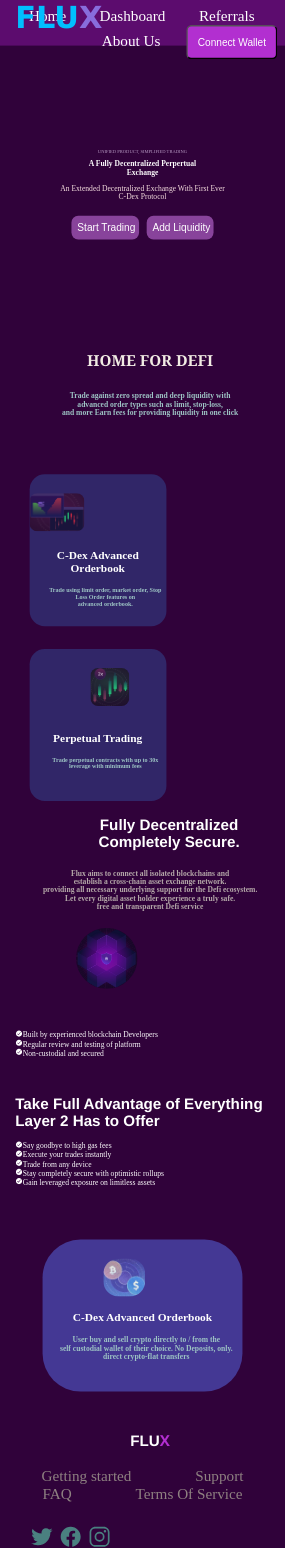
Repository: Tobby004/Flux-figma
Page: index.html
An editor plug-in stored every save of this project. The page is shown before and after the next save, followed by the edit.
The browser window is 375 px wide. The pictures show the whole page, at 76% of full size.

Above is the page before, as saved 2023-04-28 21:37:08.

### index.html
<!DOCTYPE html>
<html lang="en">
<head>
    <meta charset="UTF-8">
    <meta http-equiv="X-UA-Compatible" content="IE=edge">
    <meta name="viewport" content="width=device-width, initial-scale=1.0">
    <title>Flux Template</title>
    <link rel="stylesheet" href="style.css">
</head>
<body>
    <header>
        <b>FLU<a>X</a></b>
    </header>
   <nav>
    <ul>
        <li><a href="#">Home</a></li>
        <li><a href="#">Dashboard</a></li>
        <li><a href="#">Referrals</a></li>
        <li><a href="#">About Us</a></li>
        <button>Connect Wallet</button>
    </ul>
   </nav>
    <br><br>
    <h4>UNIFIED PRODUCT, SIMPLIFIED TRADING</h4>
    <h2> A Fully Decentralized Perpertual <br>Exchange </h2>
    <p>An Extended Decentralized Exchange With First Ever <br>C-Dex Protocol</p>
    <div class="button">
        <input type="button" value="Start Trading">
        <input type="button" value="Add Liquidity">
    </div>
<br>
<br>
<div class="section1">
    <h4>HOME FOR DEFI</h4>
    <p>Trade against zero spread and deep liquidity with<br> advanced order types such as limit, stop-loss,<br> and more Earn fees for providing liquidity in one click</p>
</div>
<br><br>
<div class="box">
    <div class="box1">
       <img src="img1.jpg">
  <h3>C-Dex Advanced Orderbook</h3>
  <p>Trade using limit order, market order, Stop Loss Order features on <br>advanced orderbook.</p>
    </div>
    <div class="box2">
        <img src="img2.jpg">
        <h3>Perpetual Trading</h3>
        <p>Trade perpetual contracts with up to 30x leverage with minimum fees</p>
    </div>
</div>
<section>
    <h1>Fully Decentralized <br>Completely Secure.</h1>
    <h6>Flux aims to connect all isolated blockchains and <br>establish a cross-chain asset exchange network.<br>providing all necessary underlying support for the Defi ecosystem.<br> Let every digital asset holder experience a truly safe.<br>free and transparent Defi service</h6>
    <img src="IMG3.jpg">
</section>
    <checkbox>
       <a><ion-icon name="checkmark-circle"></ion-icon>Built by experienced blockchain Developers</i></a>
       <a><ion-icon name="checkmark-circle"></ion-icon>Regular review and testing of platform</a>
       <a><ion-icon name="checkmark-circle"></ion-icon>Non-custodial and secured</a>
       </checkbox>
    <h1>Take Full Advantage of Everything <br>Layer 2 Has to Offer</h1>
    <checkbox>
        <a><ion-icon name="checkmark-circle"></ion-icon>Say goodbye to high gas fees</a>
        <a><ion-icon name="checkmark-circle"></ion-icon>Execute your trades instantly</a>
        <a><ion-icon name="checkmark-circle"></ion-icon>Trade from any device</a>
        <a><ion-icon name="checkmark-circle"></ion-icon>Stay completely secure with optimistic rollups</a>
        <a><ion-icon name="checkmark-circle"></ion-icon>Gain leveraged exposure on limitless assets</a>
    </checkbox>
   <div class="boxing">
    <div class="box3">
        <img src="img5.jpg">
        <h3>C-Dex Advanced Orderbook</h3>
        <p>User buy and sell crypto directly to / from the <br>self custodial wallet of their choice. No Deposits, only. direct crypto-flat transfers</p>
    </div>
   </div>
   <footer>
    <h1>FLU<b>X</b></h1>
    <div class="navmenu">
        <ul>
        <li><a href="#">Getting started</a></li>
        <li><a href="#">Support</a></li>
        <li><a href="#">FAQ</a></li>
        <li><a href="#">Terms Of Service</a></li>
        </ul>
    </div>
    <icon1>
    <ion-icon name="logo-twitter"></ion-icon>
    <ion-icon name="logo-facebook"></ion-icon>
    <ion-icon name="logo-instagram"></ion-icon>
    </icon>
   </footer>
   <span></span>
</body>
<script type="module" src="https://unpkg.com/ionicons@7.1.0/dist/ionicons/ionicons.esm.js"></script>
</html>

### style.css
*{
    box-sizing: border-box;
}
body {
    margin: 0;
    padding: 0;
    background-color: #30023a;
}
nav {
    background-color: #5c0c6e;
    height: 60px;
}
nav ul {
    margin: auto;
    text-align: end;
    padding: 10px;
}
nav li {
display: inline-block;
}
header b {
    font-family: Verdana, Geneva, Tahoma, sans-serif;
    color: deepskyblue;
    position: absolute;
    margin-left: 20px;
    font-size: 40px;
}
header b:hover{
    transition: all 2s;
    color: black;
    background: cornsilk;
}
header b a{
    color: rgb(136, 109, 220);
}
nav a {
    text-decoration: none;
    padding: 10px;
    color: white;
    font-size: 20px;
    margin-right: 20px;
}
li a:hover{
    color: yellow;
    background: wheat ;
    transition: all 4s;
    padding: 5px;
}
button{
    padding: 13px;
    background: #b22fd0;
    border-radius: 7px;
    color: white;
}
h4 {
    margin-top: 100px;
    text-align: center;
    color: rgb(185, 156, 197);
}
h2 {
    text-align: center;
    font-size: 50px;
    color: white;
}
p {
    text-align: center;
    color: rgb(248, 225, 225);
}
.button {
    display: flex;
    padding: 10px;
    gap: 10px;
    justify-content: center;
}
input[type="button"]{
    padding: 20px;
    width: 150px;
    border-radius: 9px;
    border: none;
    color: white;
    background-color: rgb(136, 67, 155);
}
 div h4 {
    color: rgb(241, 235, 227);
    font-size: 40px;
    font-weight: lighter;

}
 div p {
    color: rgb(158, 197, 197);
    font-size: 20px;
    font-weight: lighter;
}
.box {
    display: flex;
    gap: 20px;
    margin-left: 100px;
}
.box1{
    height: 290px;
    width: 580px;
    background-color: rgb(49, 38, 104);
    border-radius: 20px;
}
.box1 h3 {
    text-align: center;
    color: white;
    font-size: 25px;
    margin-top: 20px;
}
.box1 p {
    text-align: center;
}
.box1 img{
    margin-top: 25px;
    height: 120px;
    border-radius: 10px;
   margin-left: 200px;
}
.box2 {
    height: 290px;
    width: 580px;
    background-color: rgb(49, 38, 104);
    border-radius: 20px;
}
.box2 h3{
    text-align: center;
    font-size: 25px;
    color: white;
    margin-top: 30px;
}
.box2 p {
    text-align: center;
}
.box2 img {
    margin-top: 25px;
    height: 120px;
    border-radius: 10px;
   margin-left: 200px;
}
section h1 {
    margin-left: 70px;
    color: white;
    font-size: 50px;
    margin-top: 100px;
}
section img{
    height: 350px;
    border-radius: 45px;
    border: none;
   margin-left: 100px;
   margin-bottom: 50px;

}
section h6 {
    color: rgb(182, 170, 170);
    font-size: 20px;
    margin-left: 70px;
}

checkbox a {
    display: block;
    font-size: 20px;
    position: relative;
    color: white;
    margin-left: 70px;
}

h1 {
    color: white;
    font-size: 50px;
    margin-top: 50px;
    margin-left: 70px;
}
.boxing{
    margin-top: 70px;
}
.box3 {
    margin-bottom: 300px;
    margin: auto;
    height: 320px;
    width: 980px;
    border-radius: 50px;
    border: none;
    background: rgb(68, 56, 148);
}
.box3 img {
  margin-top: 25px;
  height: 80px;
  margin-left: 400px;
  border-radius: 20px;
}
.box3 h3{
    text-align: center;
    color: white;
    font-size: 25px
}
footer h1 {
    text-align: center;
}
footer b {
    color: #b22fd0;
    font-family: 'Segoe UI', Tahoma, Geneva, Verdana, sans-serif;
}
.navmenu ul {
    margin: auto;
    text-align: center;
    padding: 10px;
}
.navmenu li {
    display: inline-block;
}
.navmenu a {
    text-decoration: none;
    font-size: 20px;
    padding: 40px;
    color: rgb(142, 129, 129);
}
footer span {
    font-size: 30px;
    color: rgb(221, 194, 194);
}
icon1 {
    display: flex;
    gap: 8px;
    margin-top: 20px;
    margin-left: 40px;
    color: rgb(74, 128, 128);
    font-size: 30px;
}


@media screen and (max-width:500px)
{
 h4 {
    font-size: 6px;
    text-align: center;
    font-weight: lighter;
 }
 h2 {
    font-size: 10px;
    text-align: center;

 }
 input[type="button"]{
    padding: 8px;
    display: flex;
    justify-content: center;
    width: 25%;
 }
div h4 {
    font-size: 20px;
    text-align: center;
    font-weight: bolder;
    margin-left: 20px;
    font-family: Georgia, 'Times New Roman', Times, serif;
}
p {
    font-size: 10px;
    text-align: center;
}
 div p {
    font-size: 10px;
    text-align: center;
    font-weight: bolder;
    margin-left: 20px;
 }
 .box {
    display: inline-block;
    margin-inline: 20px;
    gap: 30px;
    margin-left: auto;
    margin-right: auto;
 }
 .box1{
    margin-top: 30px;
    height: 200px;
    width: 70%;
    margin-left: auto;
    margin-right: auto;
 }
 .box1 img {
    height: 50px;
    margin-right: auto;
    margin-left: auto;
 }
 .box1 h3{
   font-size: 15px;

 }
 .box1 p{
    font-size: 8px;

 }
 .box2 {
    margin-top: 30px;
    height: 200px;
    width: 70%;
    margin-left: auto;
    margin-right: auto;
 }
 .box2 img {
   height: 50px;
   margin-left: 80px;

 }
 .box2 h3 {
   font-size: 15px;
 }
 .box2 p {
   font-size: 8px;
 }
 section img {
    height: 80px;
    margin-left: 100px;
 }
 section h1 {
    margin-top: 20px;
    text-align: center;
    font-size: 20px;
    margin-top: 20px;
 }
 section h6 {
    font-size: 10px;
    text-align: center;
    margin-left: 20px;
 }
 h1 {
    font-size: 20px;
    font-family: 'Franklin Gothic Medium', 'Arial Narrow', Arial, sans-serif;
    margin-left: 20px;
 }
 checkbox a {
    font-size: 10px;
    margin-left: 20px;
 }
 .box3 {
    height: 200px;
    width: 70%;
 }
.box3 img {
    height: 50px;
    margin-left: 80px;
}
.box3 h3 {
    font-size: 15px;

}
.box3 p{
font-size: 10px;
margin-left: 10px;
}
}

After the next save:
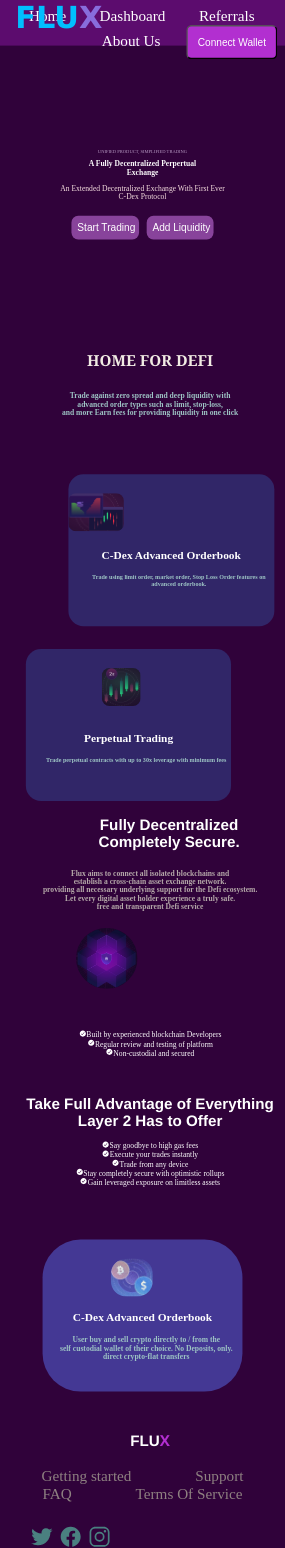
Saved 7 min 17 s later.
--- a/style.css
+++ b/style.css
@@ -275,9 +275,9 @@ p {
  .box1{
     margin-top: 30px;
     height: 200px;
-    width: 70%;
-    margin-left: auto;
-    margin-right: auto;
+    width: 80%;
+    margin-left: 90px;
+
  }
  .box1 img {
     height: 50px;
@@ -295,13 +295,13 @@ p {
  .box2 {
     margin-top: 30px;
     height: 200px;
-    width: 70%;
+    width: 80%;
     margin-left: auto;
     margin-right: auto;
  }
  .box2 img {
    height: 50px;
-   margin-left: 80px;
+   margin-left: 100px;
 
  }
  .box2 h3 {
@@ -329,10 +329,12 @@ p {
     font-size: 20px;
     font-family: 'Franklin Gothic Medium', 'Arial Narrow', Arial, sans-serif;
     margin-left: 20px;
+    text-align: center;
  }
  checkbox a {
     font-size: 10px;
     margin-left: 20px;
+    text-align: center;
  }
  .box3 {
     height: 200px;
@@ -340,7 +342,7 @@ p {
  }
 .box3 img {
     height: 50px;
-    margin-left: 80px;
+    margin-left: 90px;
 }
 .box3 h3 {
     font-size: 15px;
